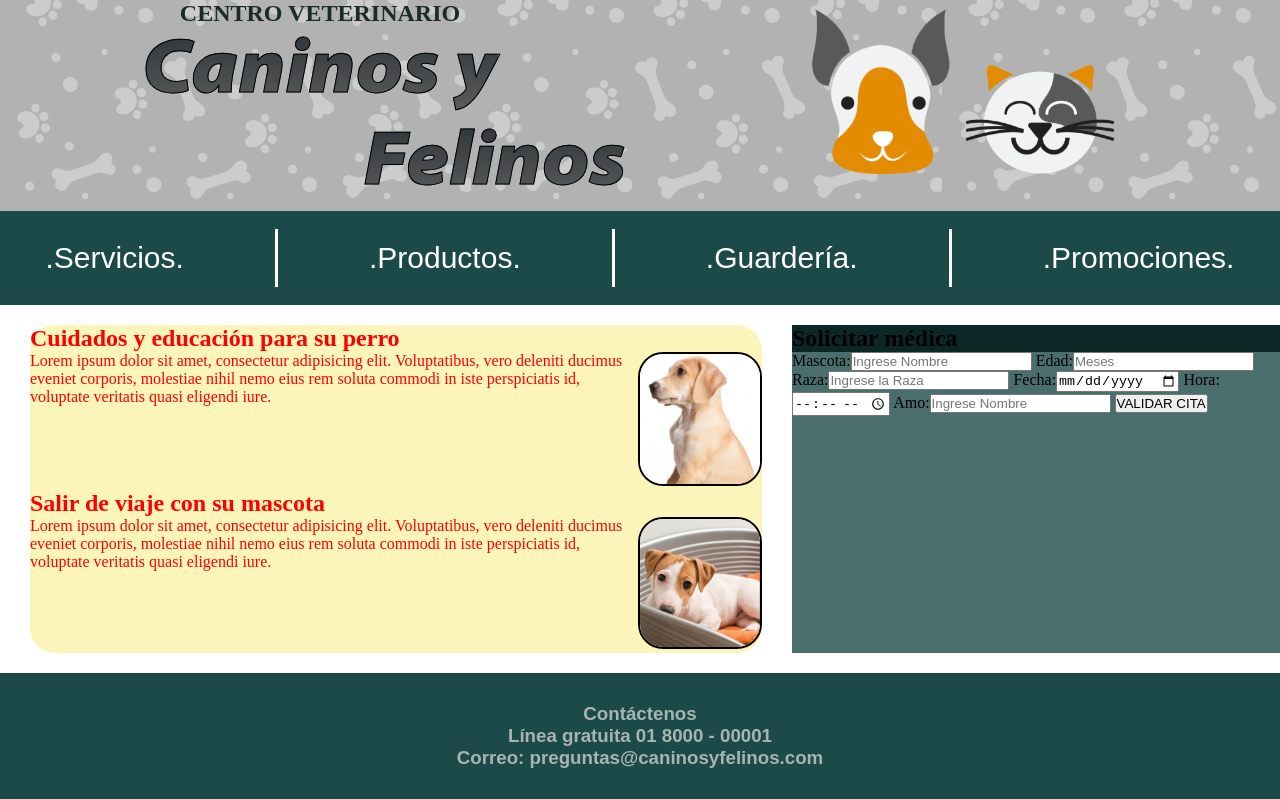
Repository: mariomr87/senaweb01
Page: principal.html
These files come from the project's save history. The page is drawn as it stood at one moment and after the next save; the edit follows.
The browser window is 1280 px wide. The pictures show the whole page.

Above is the page before, as saved 2021-10-23 10:21:40.

After the next save:
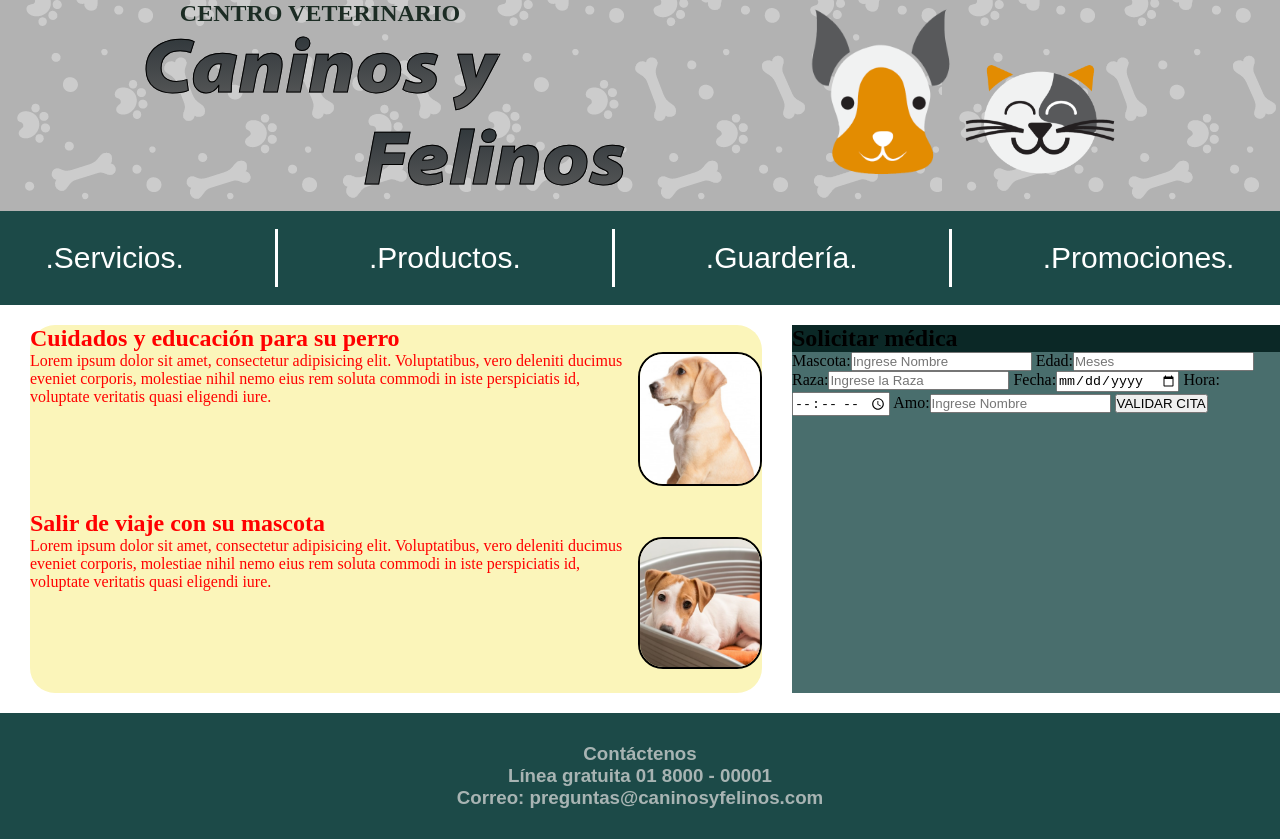
Saved 91 s later.
--- a/estilos.css
+++ b/estilos.css
@@ -79,8 +79,8 @@ nav a{
 }
 
 .noticias{
-
     color: red;
+    margin-bottom: 20px;
 }
 
 .centropag-texto{
